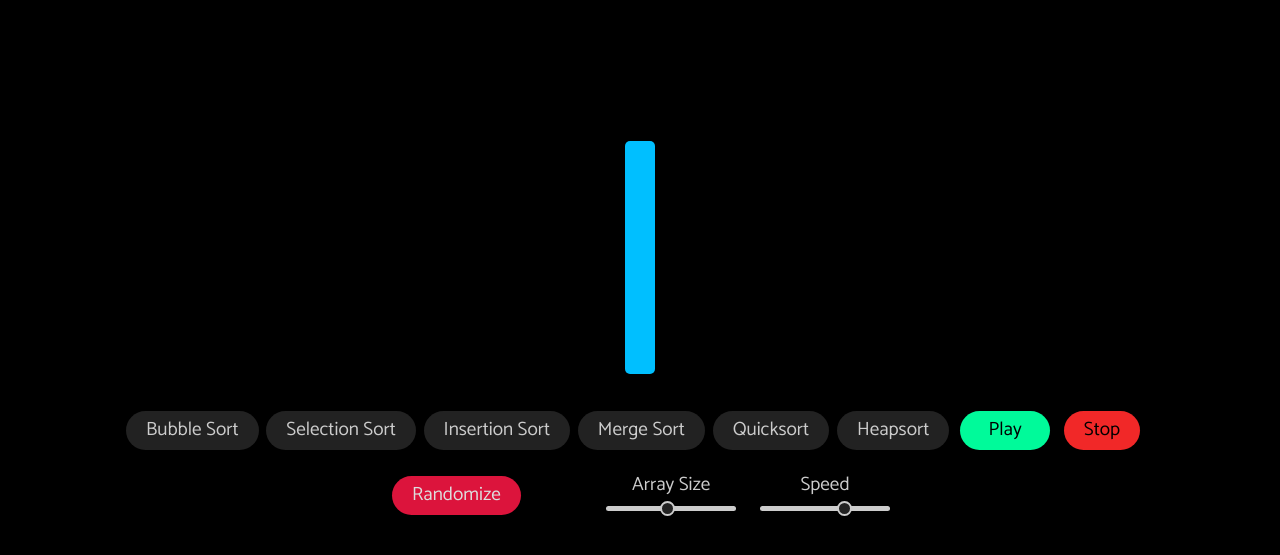
Repository: sneha1010/Sorting-visualizer
Page: index.html
An editor plug-in stored every save of this project. The page is shown before and after the next save, followed by the edit.
The browser window is 1280 px wide. The pictures show the whole page.

Above is the page before, as saved 2022-06-14 18:31:00.
Console error: TypeError: $element.innerHTML is not a function

After the next save:
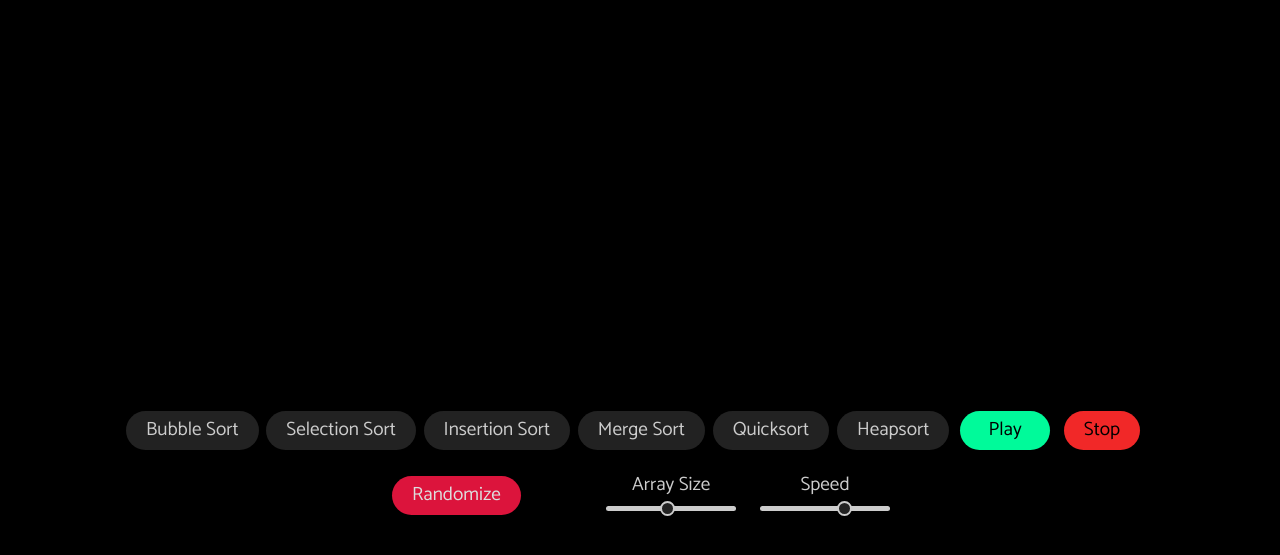
Saved 20 s later.
--- a/assets/script.js
+++ b/assets/script.js
@@ -68,8 +68,9 @@
         $element.css('height', n.toString() + 'px');
         $element.css('margin-left', margin_element + 'px');
         $element.css('margin-right', margin_element + 'px');
+        $element.innerHTML(n);
         $element.appendTo("#array");
-        $element.innerHTML(n);
+
     }
 }
 
